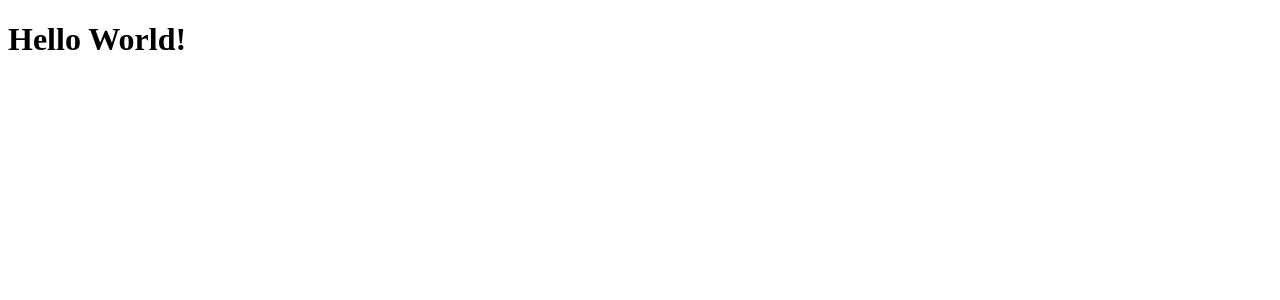
Repository: Hamzamshoaib/us2
Page: http://localhost/te_assignment_2/
An editor plug-in stored every save of this project. The page is shown before and after the next save, followed by the edit.
The browser window is 1280 px wide. The pictures show the whole page.
The page is served by Tomcat 9. Other server files are loaded and not shown. Queries for data that is not in the repository find no rows.

Above is the page before, as saved 2015-05-07 11:30:39.

### te_assignment_2/WebContent/index.jsp
<%@ page language="java" contentType="text/html; charset=US-ASCII"
    pageEncoding="US-ASCII"%>
<!DOCTYPE html PUBLIC "-//W3C//DTD HTML 4.01 Transitional//EN" "http://www.w3.org/TR/html4/loose.dtd">
<html>
<head>
<meta http-equiv="Content-Type" content="text/html; charset=US-ASCII">
<title>	Daily Auction</title>
</head>
<body>
<h1>Hello World!</h1>
</body>
</html>

### te_assignment_2/src/edu/unsw/comp9321/Email.java
package edu.unsw.comp9321;


import java.util.Properties;
import javax.mail.Message;
import javax.mail.MessagingException;
import javax.mail.PasswordAuthentication;
import javax.mail.Session;
import javax.mail.Transport;
import javax.mail.internet.InternetAddress;
import javax.mail.internet.MimeMessage;


public class Email {

	String from;
    final String username = "dailyauctiondeals";
    final String password = "moshe123";
    String host;
    Properties props;
    Session session;

	public Email(){
		from = "dailyauctiondeals@gmail.com";
		host = "smtp.gmail.com";

		props = new Properties();
		props.put("mail.smtp.auth", "true");
		props.put("mail.smtp.starttls.enable", "true");
		props.put("mail.smtp.host", host);
		props.put("mail.smtp.port", "587");

		session = Session.getInstance(props,
	      new javax.mail.Authenticator() {
	         protected PasswordAuthentication getPasswordAuthentication() {
	            return new PasswordAuthentication(username, password);
	         }
		});
	}

	public Boolean sendVerifyEmail(String to, String IDToken){

	      try {
	         // Create a default MimeMessage object.
	         Message message = new MimeMessage(session);

	         // Set From: header field of the header.
	         message.setFrom(new InternetAddress(from));

	         // Set To: header field of the header.
	         message.setRecipients(Message.RecipientType.TO,
	         InternetAddress.parse(to));
	         // Set Subject: header field
	         message.setSubject("Welcome to Daily Auction Deals! Please verify your email.");
	         // Now set the actual message
	         message.setText("Hi!\n\n"
	         		+ "Welcome to Daily Auction Deals! To use your account, please verify your email by clicking this link "
	         		+ "\n\n\thttp://localhost:8080/te_assignment_2/verification?verification_token=" + IDToken
	         		+ "\n\n"
	         		+ "Daily Auction Deals Team :)");

	         // Send message
	         Transport.send(message);

	         System.out.println("Sent message successfully...");

	      } catch (MessagingException e) {
	    	  return false;
	      }

		return true;
	}

	public Boolean newHighBid(int Item_ID){
		UserController uc = new UserController();
		BiddingController bc = new BiddingController();
		String user = bc.winningBidder(Item_ID);
		int highestBid = bc.currentWinningBid(Item_ID);
		String to = uc.getEmail(user);
		String itemName = uc.getItemName(Item_ID);
	      try {
		         // Create a default MimeMessage object.
		         Message message = new MimeMessage(session);

		         // Set From: header field of the header.
		         message.setFrom(new InternetAddress(from));

		         // Set To: header field of the header.
		         message.setRecipients(Message.RecipientType.TO,
		         InternetAddress.parse(to));
		         // Set Subject: header field
		         message.setSubject("Congratulations " + user + "! You have the highest bid at the moment!");
		         // Now set the actual message
		         message.setText("Hi!\n\n"
		         		+ "You have the highest bid for " + itemName + " at $" + highestBid + "."
		         		+ "\n\n"
		         		+ "Daily Auction Deals Team :)");

		         // Send message
		         Transport.send(message);

		         System.out.println("Sent New High Bid Mail successfully...");

	      } catch (MessagingException e) {
	    	  return false;
	      }
	      return true;
	}

	public Boolean sendLostBidEmail(int Item_ID){
		UserController uc = new UserController();
		BiddingController bc = new BiddingController();

		String user = bc.secondHighestBidder(Item_ID);
		if (user == null){
			System.out.println("He was the only bidder");
			return false;
		}

		int highestBid = bc.currentWinningBid(Item_ID);
		String to = uc.getEmail(user);
		String itemName = uc.getItemName(Item_ID);
	      try {
		         // Create a default MimeMessage object.
		         Message message = new MimeMessage(session);

		         // Set From: header field of the header.
		         message.setFrom(new InternetAddress(from));

		         // Set To: header field of the header.
		         message.setRecipients(Message.RecipientType.TO,
		         InternetAddress.parse(to));
		         // Set Subject: header field
		         message.setSubject("Oh no, " + user + "! You've been outbid!");
		         // Now set the actual message
		         message.setText("Hi!\n\n"
		         		+ "Unfortunately you have been outbid for your " + itemName + ".\n\n"
		         		+ "The new highest bid is: $" + highestBid + "."
		         		+ "\n\n"
		         		+ "Daily Auction Deals Team :)");

		         // Send message
			         Transport.send(message);

			         System.out.println("Sent Lost Bid Mail successfully...");

	      } catch (MessagingException e) {
	    	  return false;
	      }
	      return true;
	}

	public Boolean emailWinner(int Item_ID){
		UserController uc = new UserController();
		BiddingController bc = new BiddingController();
		String user = bc.winningBidder(Item_ID);
		int highestBid = bc.currentWinningBid(Item_ID);
		String to = uc.getEmail(user);
		String itemName = uc.getItemName(Item_ID);
	      try {
		         // Create a default MimeMessage object.
		         Message message = new MimeMessage(session);

		         // Set From: header field of the header.
		         message.setFrom(new InternetAddress(from));

		         // Set To: header field of the header.
		         message.setRecipients(Message.RecipientType.TO,
		         InternetAddress.parse(to));
		         // Set Subject: header field
		         message.setSubject("Congratulations " + user + "! You have won an item!");
		         // Now set the actual message
		         message.setText("Hi!\n\n"
		         		+ "You have won a brand new " + itemName + " for $" + highestBid + "! :)"
		         		+ "\n\n"
		         		+ "Daily Auction Deals Team :)");

		         // Send message
		         Transport.send(message);

		         System.out.println("Sent winner email successfully...");

	      } catch (MessagingException e) {
	    	  return false;
	      }
	      return true;
	}

	public Boolean emailOwner(int Item_ID){
		UserController uc = new UserController();
		BiddingController bc = new BiddingController();
		String user = uc.getItemOwner(Item_ID);
		int highestBid = bc.currentWinningBid(Item_ID);
		String to = uc.getEmail(user);
		String itemName = uc.getItemName(Item_ID);
	      try {
		         // Create a default MimeMessage object.
		         Message message = new MimeMessage(session);

		         // Set From: header field of the header.
		         message.setFrom(new InternetAddress(from));

		         // Set To: header field of the header.
		         message.setRecipients(Message.RecipientType.TO,
		         InternetAddress.parse(to));
		         // Set Subject: header field
		         message.setSubject("Congratulations " + user + "! Your item has been sold!");
		         // Now set the actual message
		         message.setText("Hi!\n\n"
		         		+ "You have sold your item " + itemName + " for $" + highestBid + "! :)"
		         		+ "\n\n"
		         		+ "Daily Auction Deals Team :)");

		         // Send message
		         Transport.send(message);

		         System.out.println("Sent owner email successfully...");

	      } catch (MessagingException e) {
	    	  return false;
	      }
	      return true;
	}

	public Boolean lessThanReserved(int Item_ID){
		UserController uc = new UserController();
		BiddingController bc = new BiddingController();
		String user = uc.getItemOwner(Item_ID);
		int highestBid = bc.currentWinningBid(Item_ID);
		String to = uc.getEmail(user);
		String itemName = uc.getItemName(Item_ID);
	      try {
		         // Create a default MimeMessage object.
		         Message message = new MimeMessage(session);

		         // Set From: header field of the header.
		         message.setFrom(new InternetAddress(from));

		         // Set To: header field of the header.
		         message.setRecipients(Message.RecipientType.TO,
		         InternetAddress.parse(to));
		         // Set Subject: header field
		         message.setSubject(user + ", your item has not reached its reserve price");
		         // Now set the actual message
		         message.setText("Hi!\n\n"
		         		+ "Your item, " + itemName + " has an offer of $" + highestBid
		         		+ " which is below your reserve price of $" + bc.getReservePrice(Item_ID) + ".\n\n"
		         		+ "Log into your account to accept or reject this offer."
		         		+ "\n\n"
		         		+ "Daily Auction Deals Team :)");

		         // Send message
		         Transport.send(message);

		         System.out.println("Sent reserved price notification email successfully...");

	      } catch (MessagingException e) {
	    	  return false;
	      }
	      return true;
	}

	public Boolean itemNotSold(int Item_ID){
		UserController uc = new UserController();
		String user = uc.getItemOwner(Item_ID);
		String to = uc.getEmail(user);
		String itemName = uc.getItemName(Item_ID);
	      try {
		         // Create a default MimeMessage object.
		         Message message = new MimeMessage(session);

		         // Set From: header field of the header.
		         message.setFrom(new InternetAddress(from));

		         // Set To: header field of the header.
		         message.setRecipients(Message.RecipientType.TO,
		         InternetAddress.parse(to));
		         // Set Subject: header field
		         message.setSubject(user + ", your item wasn't sold :(");
		         // Now set the actual message
		         message.setText("Hi!\n\n"
		         		+ "Your item, " + itemName + ", has not had any bids and was not sold. :( \n\n"
		         		+ "Log into your account and re-add if you want."
		         		+ "\n\n"
		         		+ "Daily Auction Deals Team :)");

		         // Send message
		         Transport.send(message);

		         System.out.println("Sent item not sold notification email successfully...");

	      } catch (MessagingException e) {
	    	  return false;
	      }
	      return true;
	}

	public void newBidEmails(int Item_ID){
		newHighBid(Item_ID);
		sendLostBidEmail(Item_ID);
	}

	public void endAuctionEmails(int Item_ID){
		emailWinner(Item_ID);
		emailOwner(Item_ID);
	}
}

After the next save:
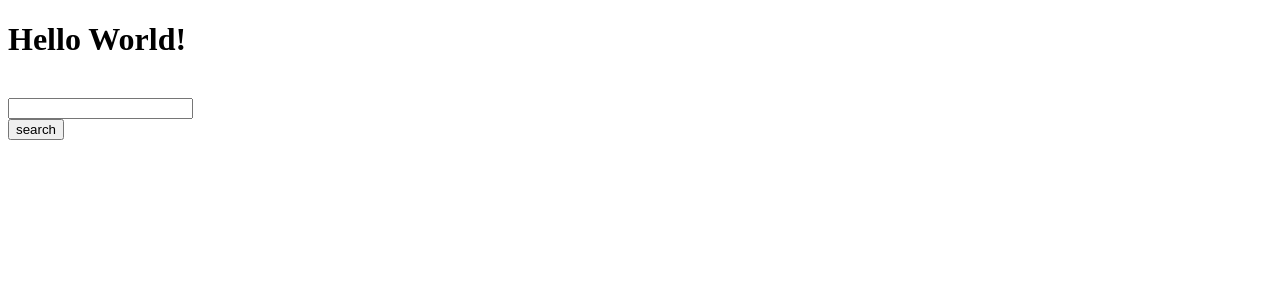
Saved 40 min 27 s later.
--- a/te_assignment_2/WebContent/index.jsp
+++ b/te_assignment_2/WebContent/index.jsp
@@ -8,5 +8,11 @@
 </head>
 <body>
 <h1>Hello World!</h1>
+<FORM ACTION='menu.jsp' METHOD='POST'>
+<br>
+<INPUT type="text" name="searchItem">
+<br>
+<INPUT TYPE='submit' VALUE='search'>
+</FORM>
 </body>
 </html>
